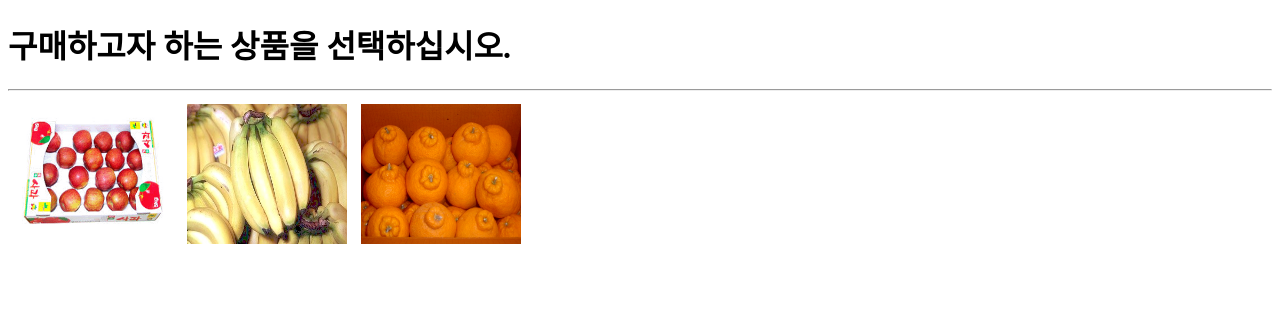
Repository: kdg0109/multicampus_course
Page: web course/workspace_web/mvc/WebContent/htmlexam/product.html
The author's editor kept a copy of each file at every save. The page is drawn from the files as they stood at one save, then again after the next save.
The browser window is 1280 px wide. The pictures show the whole page.

Above is the page before, as saved 2018-02-09 07:27:03.

After the next save:
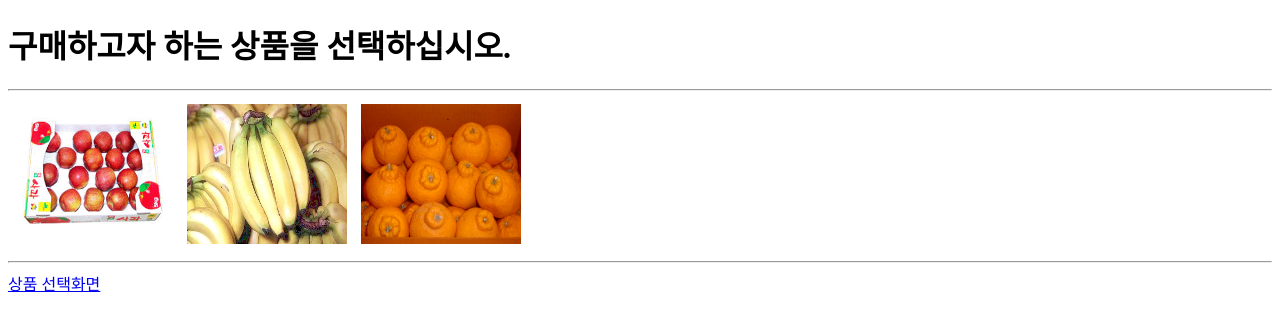
Saved 43 min 56 s later.
--- a/web course/workspace_web/mvc/WebContent/htmlexam/product.html
+++ b/web course/workspace_web/mvc/WebContent/htmlexam/product.html
@@ -17,5 +17,7 @@
 	<a id="p001" href="/mvc/cart?pid=p001"><img src="images/apple.gif"></a>
 	<a id="p002" href="/mvc/cart?pid=p002"><img src="images/banana.jpg"></a>
 	<a id="p003" href="/mvc/cart?pid=p003"><img src="images/halabong.jpg"></a>
+	<hr>
+	<a href="/mvc/cart?pid=ok" >상품 선택화면</a>
 </body>
 </html>
